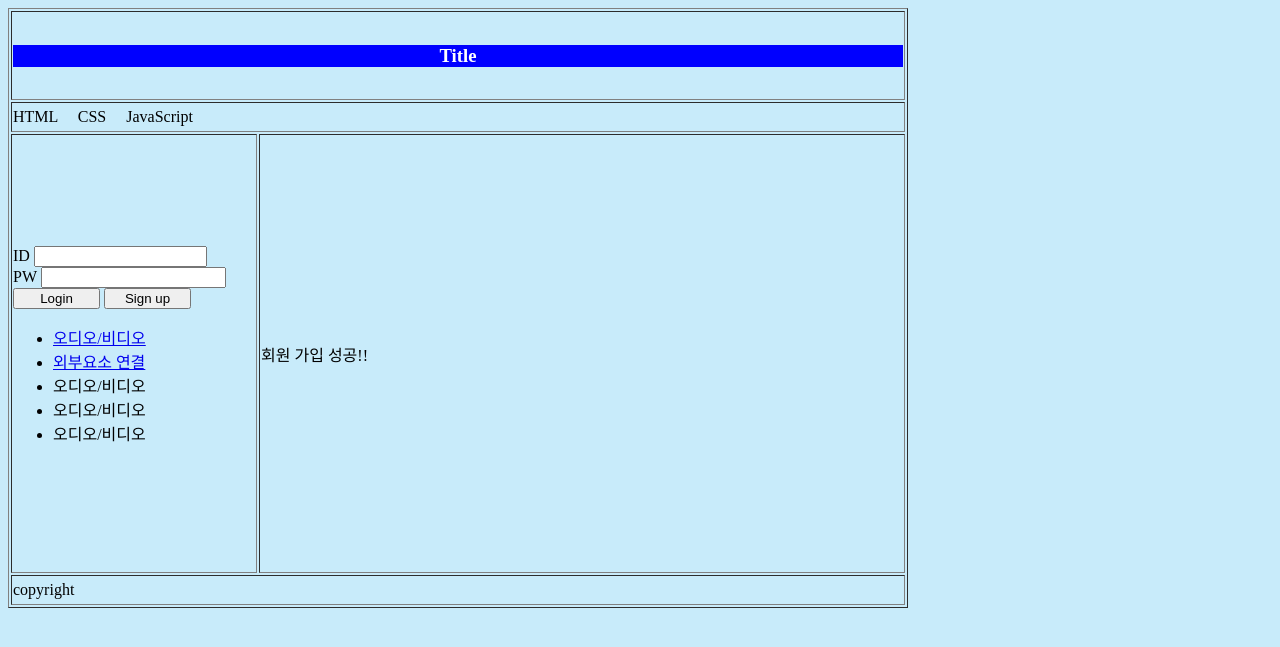
Repository: Hwangjiwon/MultiCampus
Page: http://localhost/2Study/jsp/member_insert_ok.jsp
An editor plug-in stored every save of this project. The page is shown before and after the next save, followed by the edit.
The browser window is 1280 px wide. The pictures show the whole page.
The page is served by Tomcat 9.

Above is the page before, as saved 2019-05-31 06:07:36.

After the next save:
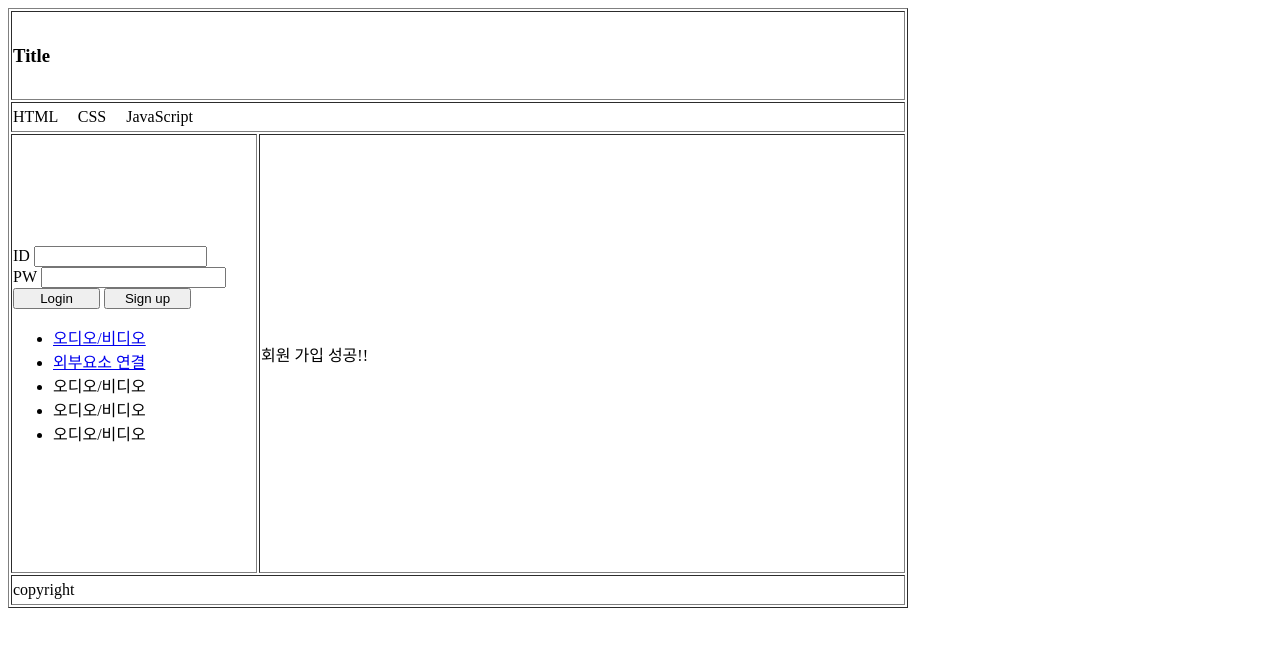
Saved 2 min 7 s later.
--- a/2Study/WebContent/jsp/header.jsp
+++ b/2Study/WebContent/jsp/header.jsp
@@ -5,7 +5,9 @@
 <head>
 <meta charset="UTF-8">
 <title>HOME</title>
-<link rel = "stylesheet" type = "text/css" href = "/2Study/css/style01.css">
+
+<!-- <link rel = "stylesheet" type = "text/css" href = "/2Study/css/style01.css"> -->
+<style @import url("/2Study/css/style01.css");></style>
 </head>
 <body>
 	<table border="1" width="900" height="600">

After the 3 saves that followed:
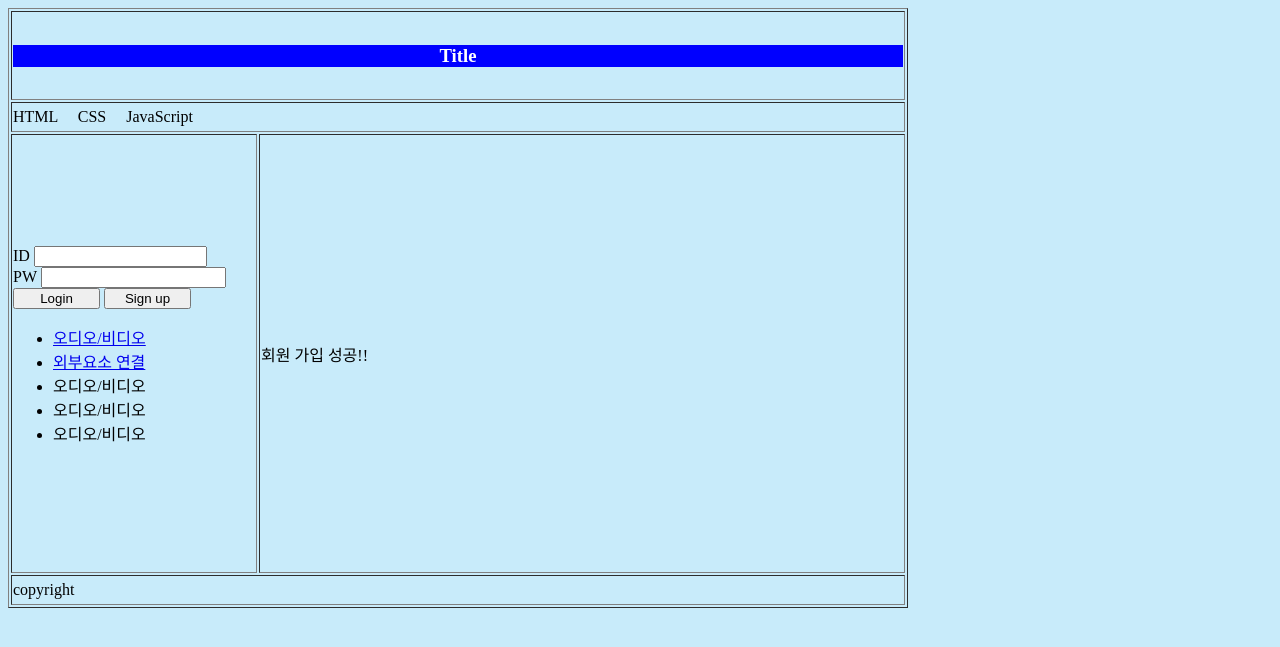
The 3 saves are shown as one change because 2 left the picture as it was.
The last was saved 49 s later.
--- a/2Study/WebContent/jsp/header.jsp
+++ b/2Study/WebContent/jsp/header.jsp
@@ -7,7 +7,7 @@
 <title>HOME</title>
 
 <!-- <link rel = "stylesheet" type = "text/css" href = "/2Study/css/style01.css"> -->
-<style @import url("/2Study/css/style01.css");></style>
+<style> @import "/2Study/css/style01.css";></style>
 </head>
 <body>
 	<table border="1" width="900" height="600">
